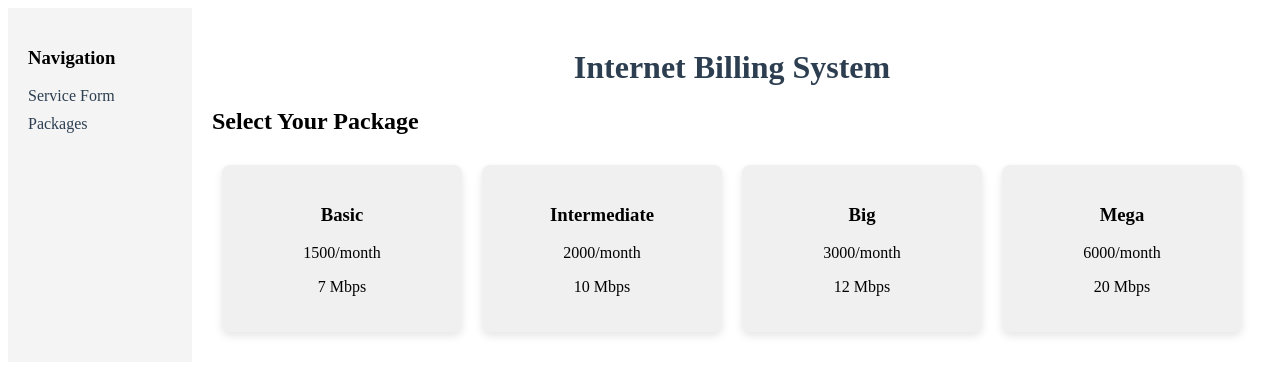
Repository: rachel648/system_Bill
Page: /packages (app in client/)
The author's editor kept a copy of each file at every save. The page is drawn from the files as they stood at one save, then again after the next save.
The browser window is 1280 px wide. The pictures show the whole page.
The project was rebuilt for these pictures with package versions that can differ from the ones it lists, and the page was loaded fresh each time. Also part of the build but not shown: client/src/components/ServiceForm.js. Imported but missing from the stored project, and not drawn on this page: client/src/Hotspot.

Above is the page before, as saved 2025-05-11 18:00:30.

After the next save:
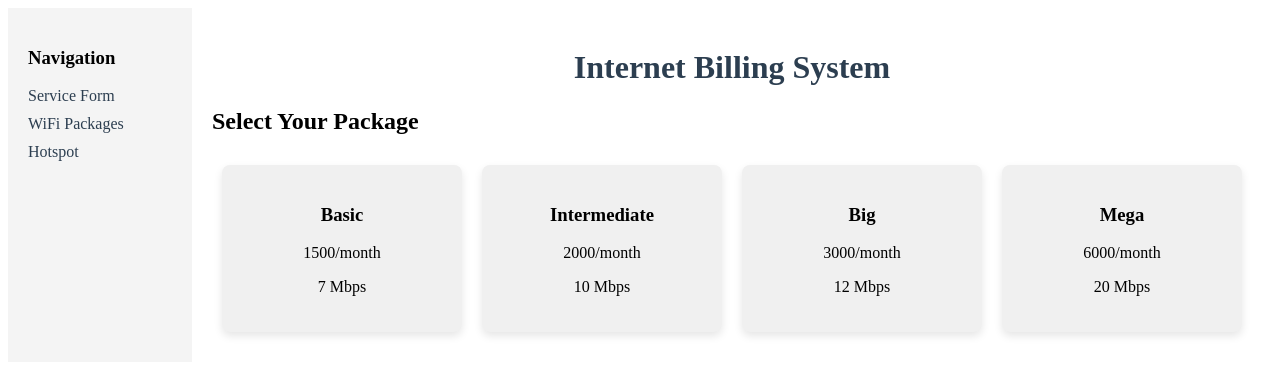
Saved 89 s later.
--- a/client/src/App.js
+++ b/client/src/App.js
@@ -2,12 +2,13 @@ import React from 'react';
 import { BrowserRouter as Router, Routes, Route, Link } from 'react-router-dom';
 import ServiceForm from './components/ServiceForm';
 import Packages from './Packages';
+import Hotspot from './Hotspot'; // Assuming you have a Hotspot component
 
 const App = () => {
   return (
     <Router>
       <div style={{ display: 'flex' }}>
-        {/* Left Sidebar Navigation */}
+        {/* Left navigation panel */}
         <div style={{ width: '200px', backgroundColor: '#f4f4f4', padding: '20px' }}>
           <h3>Navigation</h3>
           <ul style={{ listStyleType: 'none', padding: 0 }}>
@@ -15,17 +16,21 @@ const App = () => {
               <Link to="/" style={linkStyle}>Service Form</Link>
             </li>
             <li>
-              <Link to="/packages" style={linkStyle}>Packages</Link>
+              <Link to="/packages" style={linkStyle}>WiFi Packages</Link>
+            </li>
+            <li>
+              <Link to="/hotspot" style={linkStyle}>Hotspot</Link>
             </li>
           </ul>
         </div>
 
-        {/* Main Content Area */}
+        {/* Main content area */}
         <div style={{ flex: 1, padding: '20px' }}>
           <h1 style={{ textAlign: 'center', color: '#2c3e50' }}>Internet Billing System</h1>
           <Routes>
             <Route path="/" element={<ServiceForm />} />
             <Route path="/packages" element={<Packages />} />
+            <Route path="/hotspot" element={<Hotspot />} />
           </Routes>
         </div>
       </div>
